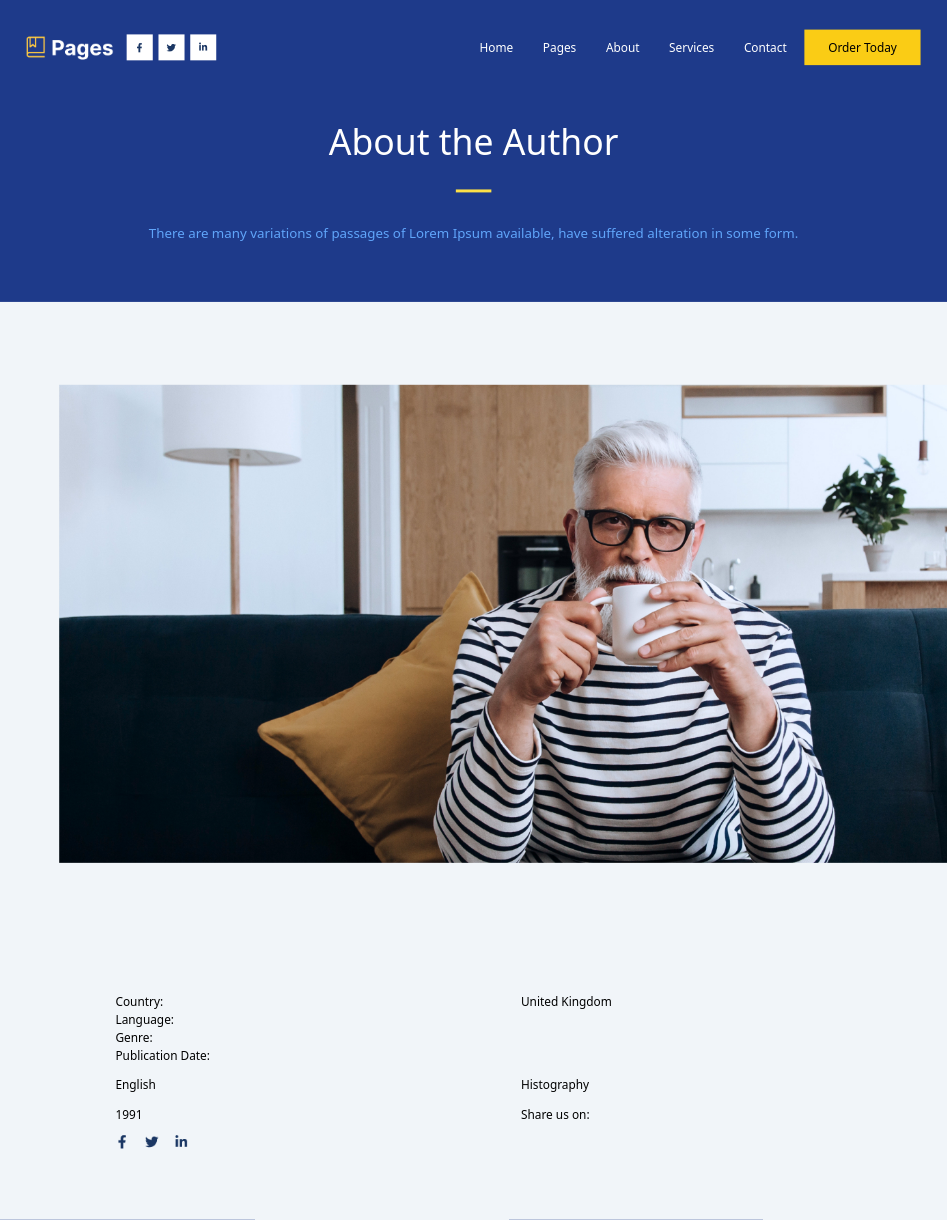
Repository: Godnorg/Class3
Page: index.html
These files come from the project's save history. The page is drawn as it stood at one moment and after the next save; the edit follows.
The browser window is 1280 px wide. The pictures show the whole page, at 74% of full size.
Some web libraries are served in a nearby version.

Above is the page before, as saved 2023-02-19 02:32:40.

After the next save:
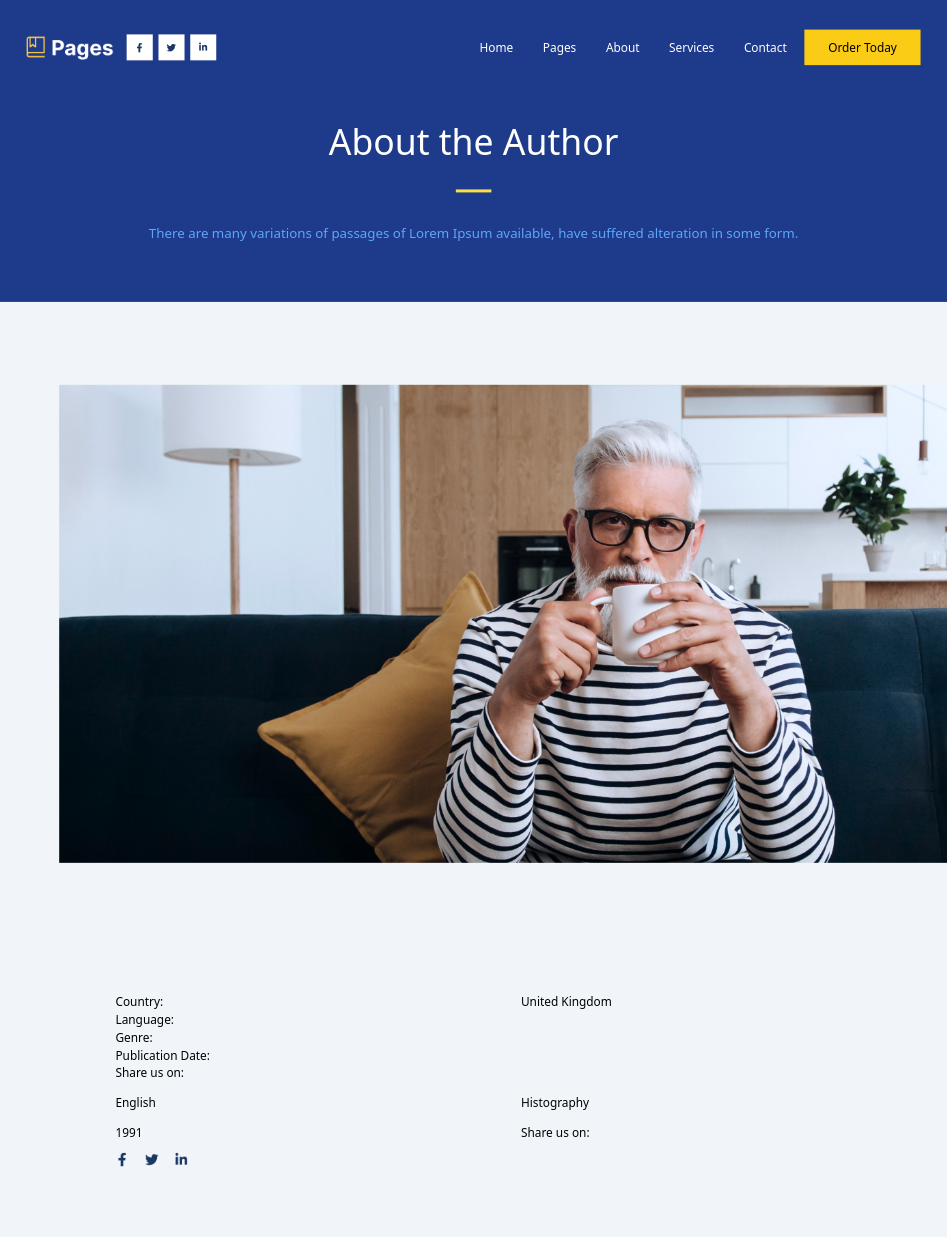
Saved 5 s later.
--- a/index.html
+++ b/index.html
@@ -42,6 +42,7 @@
                 <h2>Language:</h2>
                 <h2>Genre:</h2>
                 <h2>Publication Date:</h2>
+                <h2>Share us on:</h2>
             </div>
                 <p>United Kingdom</p>
                 <p>English</p>
